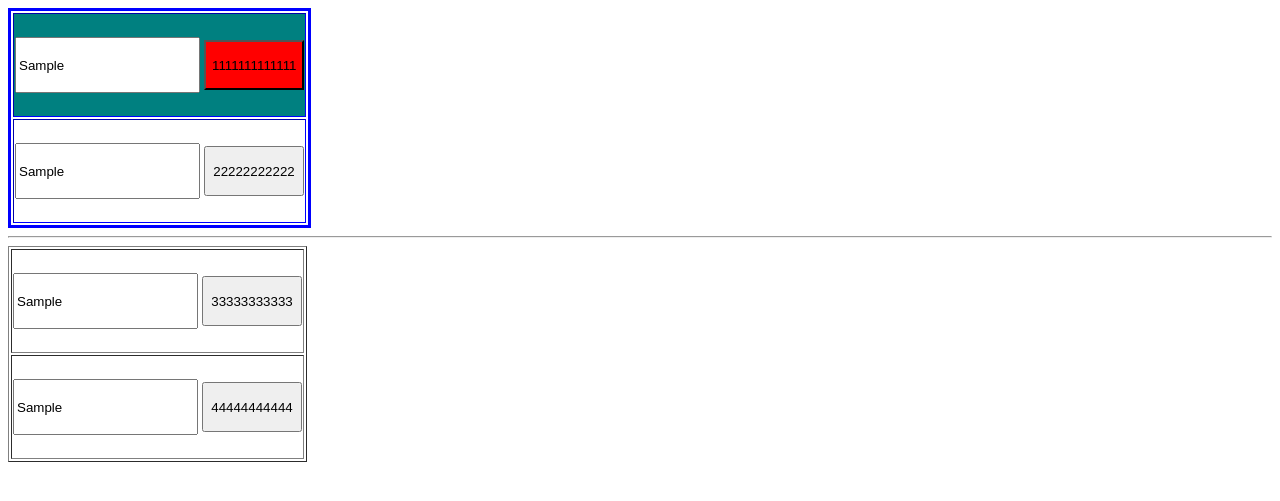
Repository: womss/sexyguy
Page: Spring/Feb14_1_jQuery/WebContent/2_DOM_Select.html
An editor plug-in stored every save of this project. The page is shown before and after the next save, followed by the edit.
The browser window is 1280 px wide. The pictures show the whole page.
Empty fields were first filled with sample values (such as "Sample", 5 or name@example.com).
After loading, the first visible `button` was clicked once.

Above is the page before, as saved 2025-02-14 02:39:48.

### Spring/Feb14_1_jQuery/WebContent/2_DOM_Select.html
<!DOCTYPE html>
<html>
<head>
<meta charset="UTF-8">
<title>Insert title here</title>
<style type="text/css">
	td {height: 100px;}
	input {height: 50px;}
	button {width: 100px; height: 50px;}

</style>
<script type="text/javascript" src="jQuery.js"></script>
<script type="text/javascript">
	$(function() {
		// alert('asdf');

		// 선택자를 지정하지 않았을 때 특정 DOM객체를 어떻게 찾아낼 것인가?
		$("button").click(function() {

			// $(this) : 클릭이벤트의 발생함수(콜백함수)를 호출한 장본인
			//			누른 버튼만 해당하는 명령을 실행하도록!
			$(this).css("background-color", "red");

			// 누른 버튼이 있는 td에 배경색을 주기

			// $("td").css("background-color", "teal");
			// parent() : 내가 누른 this의 한단계 상위 DOM객체
			//		cf) 한단계 하위 객체 : children()
			$(this).parent().css("background-color", "teal");


			// 누른 버튼이 있는 table의 테두리를 파란색으로
			$(this).parent().parent().parent().parent().css("border", "blue solid 3px");

			// closest("CSS선택자") : 상위에 있는 것 중에서 가장 가까운 CSS선택자


		});






	});
</script>
</head>
<body>
	<table border="1">
		<tr><td><input> <button>1111111111111</button></td></tr>
		<tr><td><input> <button>22222222222</button></td></tr>
	</table>
	<hr>
	<table border="1">
		<tr><td><input> <button>33333333333</button></td></tr>
		<tr><td><input> <button>44444444444</button></td></tr>
	</table>
</body>
</html>

Loaded but not shown: Spring/Feb14_1_jQuery/WebContent/jQuery.js (library)

After the next save:
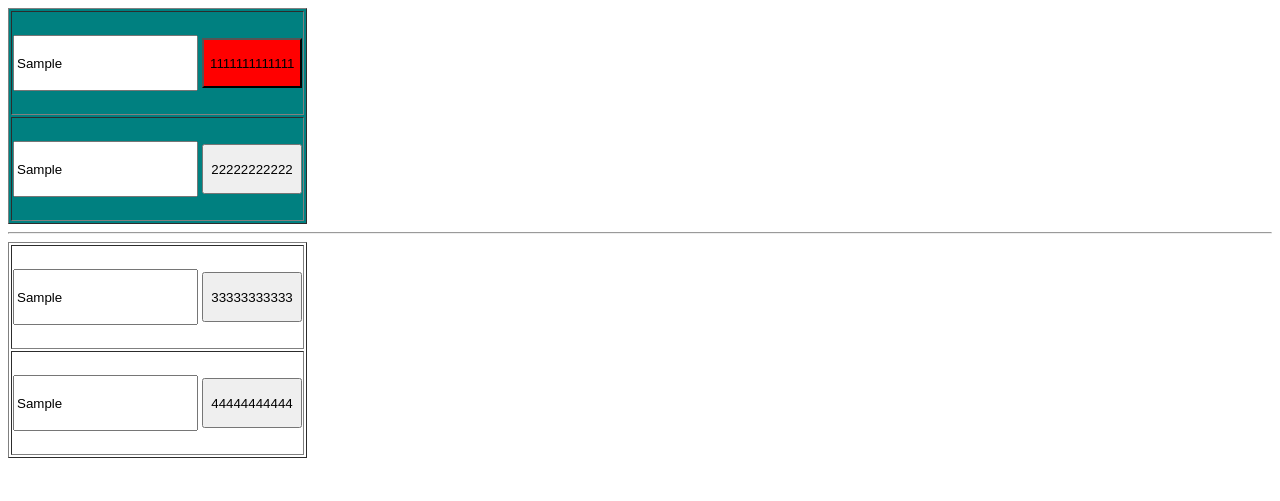
Saved 53 s later.
--- a/Spring/Feb14_1_jQuery/WebContent/2_DOM_Select.html
+++ b/Spring/Feb14_1_jQuery/WebContent/2_DOM_Select.html
@@ -30,9 +30,10 @@
 
 
 			// 누른 버튼이 있는 table의 테두리를 파란색으로
-			$(this).parent().parent().parent().parent().css("border", "blue solid 3px");
+			// $(this).parent().parent().parent().parent().css("border", "blue solid 3px");
 
 			// closest("CSS선택자") : 상위에 있는 것 중에서 가장 가까운 CSS선택자
+			$(this).closest("table").css("background-color", "teal");
 
 
 		});

After the 2 saves that followed:
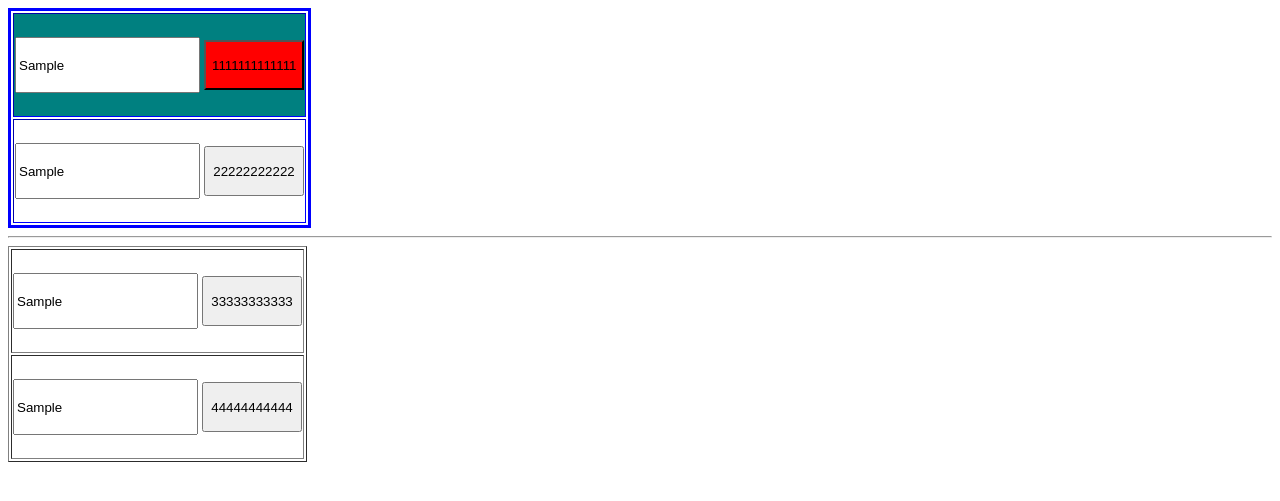
The 2 saves are shown as one change because 1 left the picture as it was.
The last was saved 37 s later.
--- a/Spring/Feb14_1_jQuery/WebContent/2_DOM_Select.html
+++ b/Spring/Feb14_1_jQuery/WebContent/2_DOM_Select.html
@@ -33,7 +33,7 @@
 			// $(this).parent().parent().parent().parent().css("border", "blue solid 3px");
 
 			// closest("CSS선택자") : 상위에 있는 것 중에서 가장 가까운 CSS선택자
-			$(this).closest("table").css("background-color", "teal");
+			$(this).closest("table").css("border", "blue solid 3px");
 
 
 		});
